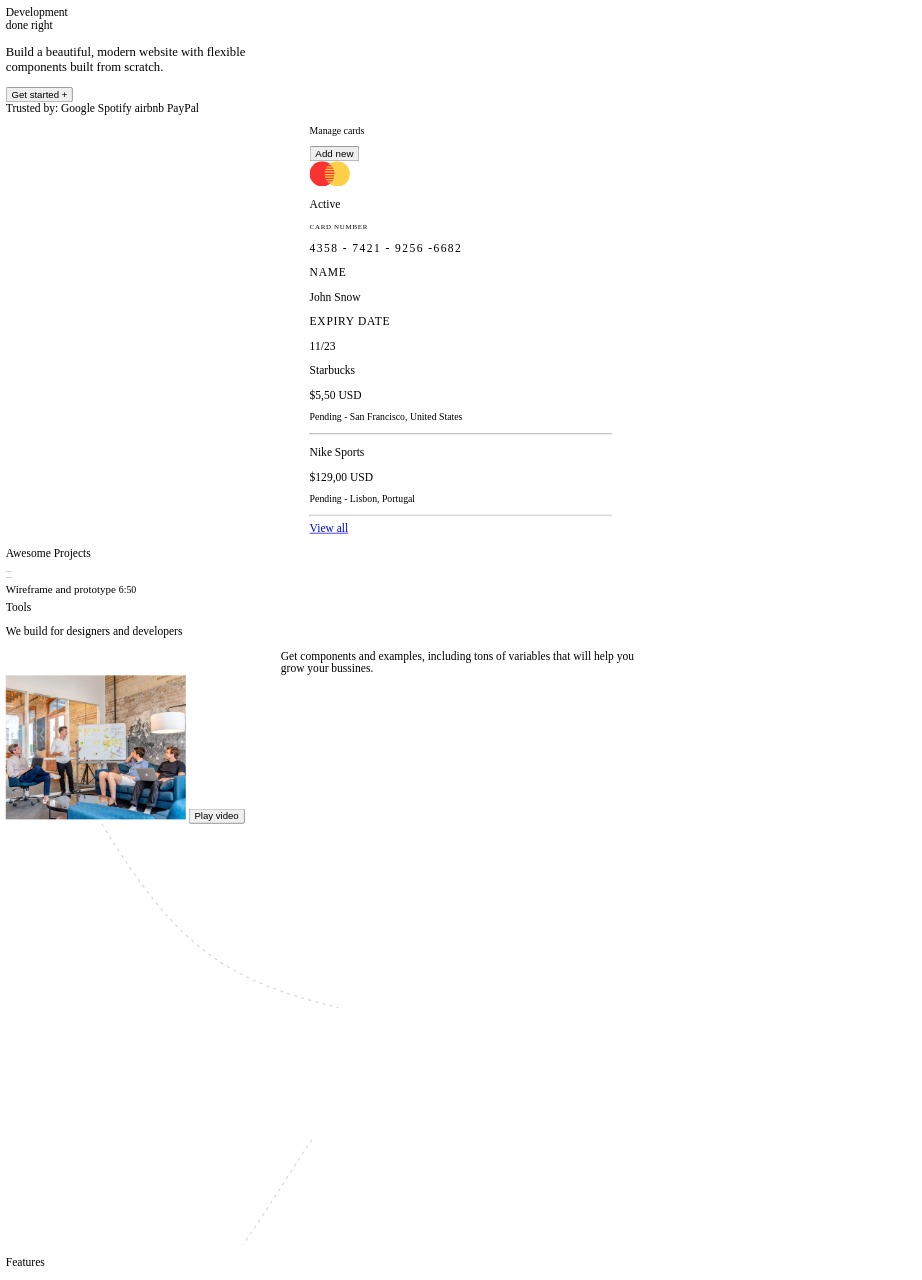
Repository: brandonc16/odoo-task
Page: components/hero.html
The author's editor kept a copy of each file at every save. The page is drawn from the files as they stood at one save, then again after the next save.
The browser window is 1280 px wide. The pictures show the whole page, at 72% of full size.

Above is the page before, as saved 2026-03-16 01:11:52.

After the next save:
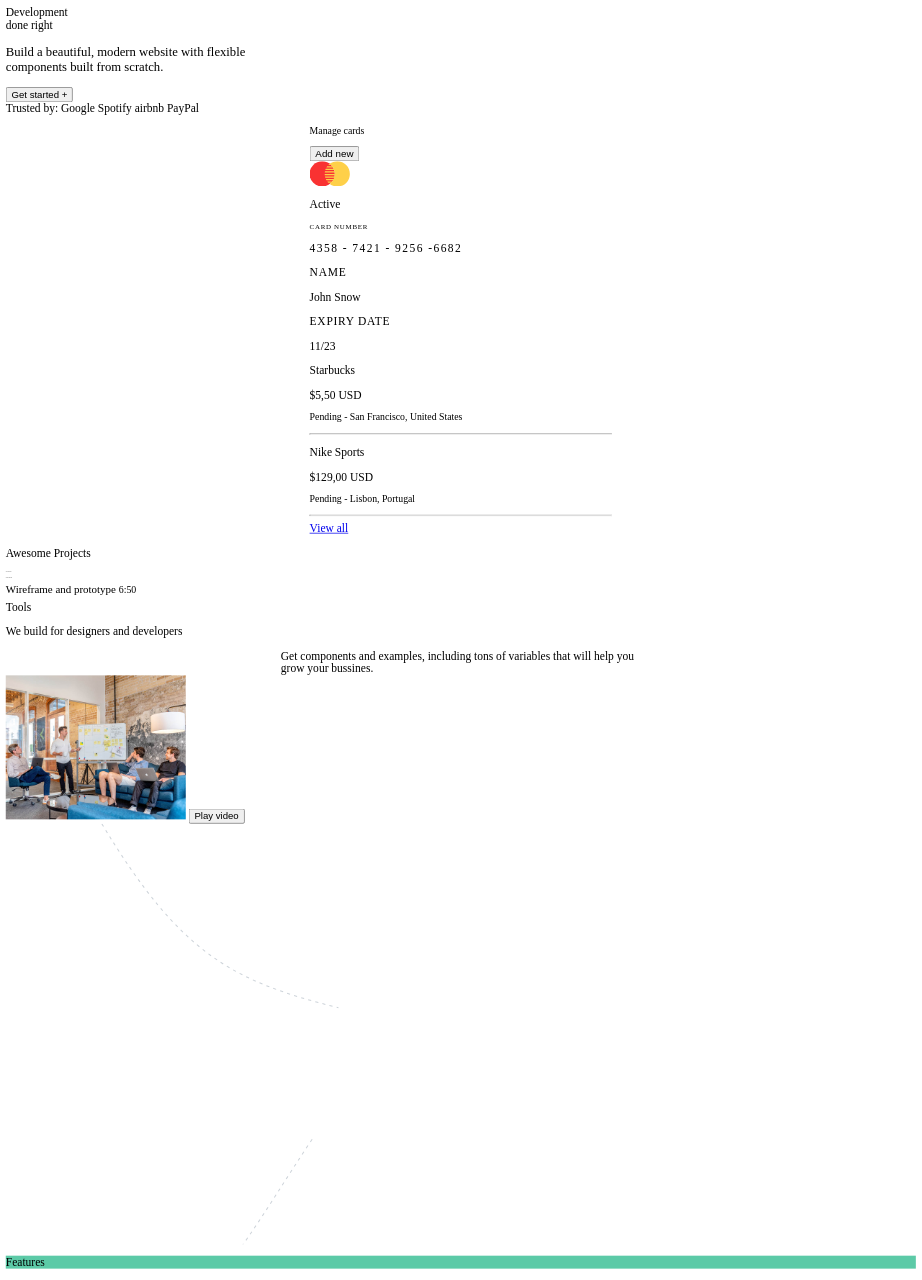
Saved 80 s later.
--- a/components/hero.html
+++ b/components/hero.html
@@ -263,7 +263,7 @@
   <div class="px-lg-10 align-items-center">
     <div class="col-12 col-lg-5 mb-5 mb-lg-0">
       <p
-        class="badge bg-success bg-opacity-25 text-success text-white mb-4 fs-6"
+        class="badge text-success text-white mb-4 fs-6" style="background-color:#5CCAA7;"
       >
         Features
       </p>
